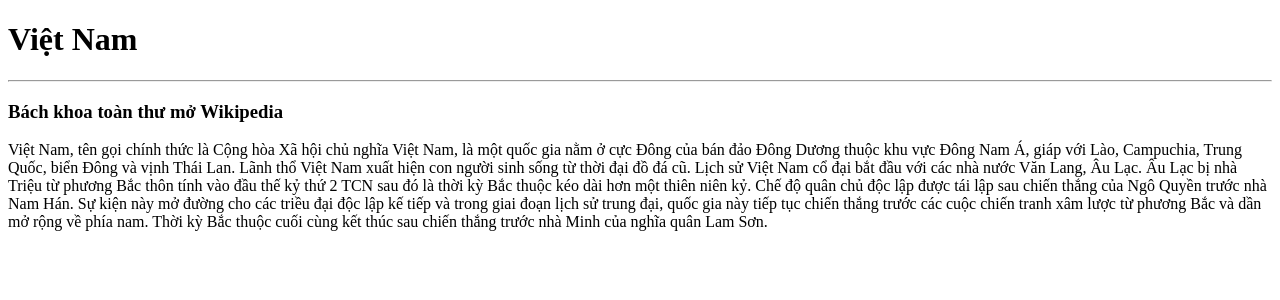
Repository: nguyenhung50497/MD2_cssCanBan
Page: dinhDangVanBanCSS/index.html
The author's editor kept a copy of each file at every save. The page is drawn from the files as they stood at one save, then again after a run of saves.
The browser window is 1280 px wide. The pictures show the whole page.

Above is the page before, as saved 2022-11-28 10:45:14.

### dinhDangVanBanCSS/index.html
<!DOCTYPE html>
<html lang="en">
<head>
    <meta charset="UTF-8">
    <meta http-equiv="X-UA-Compatible" content="IE=edge">
    <meta name="viewport" content="width=device-width, initial-scale=1.0">
    <link rel="stylesheet" href="main.css">
    <title>Document</title>
</head>
<body>
    <div>
        <h1>Việt Nam</h1>
        <hr>
        <h3>Bách khoa toàn thư mở Wikipedia</h3>
        <p>Việt Nam, tên gọi chính thức là Cộng hòa Xã hội chủ nghĩa Việt Nam, là một quốc gia nằm ở cực Đông của bán đảo Đông Dương thuộc khu vực Đông Nam Á, giáp với Lào, Campuchia, Trung Quốc, biển Đông và vịnh Thái Lan.

            Lãnh thổ Việt Nam xuất hiện con người sinh sống từ thời đại đồ đá cũ. Lịch sử Việt Nam cổ đại bắt đầu với các nhà nước Văn Lang, Âu Lạc. Âu Lạc bị nhà Triệu từ phương Bắc thôn tính vào đầu thế kỷ thứ 2 TCN sau đó là thời kỳ Bắc thuộc kéo dài hơn một thiên niên kỷ. Chế độ quân chủ độc lập được tái lập sau chiến thắng của Ngô Quyền trước nhà Nam Hán. Sự kiện này mở đường cho các triều đại độc lập kế tiếp và trong giai đoạn lịch sử trung đại, quốc gia này tiếp tục chiến thắng trước các cuộc chiến tranh xâm lược từ phương Bắc và dần mở rộng về phía nam. Thời kỳ Bắc thuộc cuối cùng kết thúc sau chiến thắng trước nhà Minh của nghĩa quân Lam Sơn.</p>
    </div>
</body>
</html>

Loaded but not shown: dinhDangVanBanCSS/main.css (no stored copy; drawn as an empty file)

After the next 3 saves:
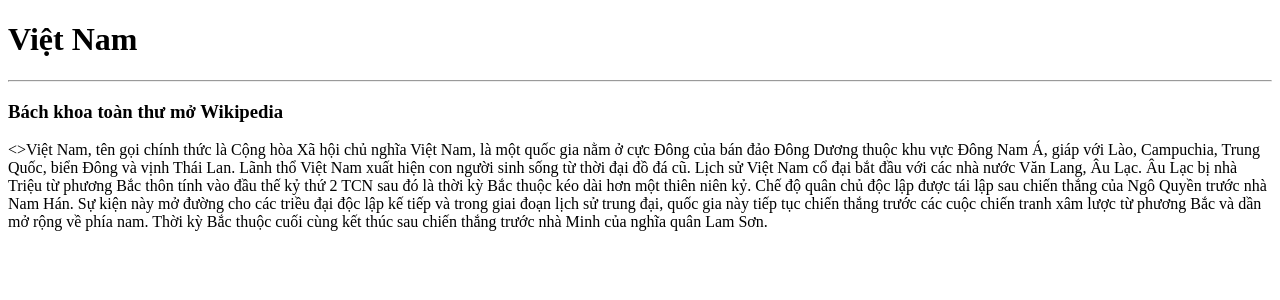
The 3 saves are shown as one change because they came seconds apart.
The last was saved 31 s later.
--- a/dinhDangVanBanCSS/index.html
+++ b/dinhDangVanBanCSS/index.html
@@ -12,7 +12,7 @@
         <h1>Việt Nam</h1>
         <hr>
         <h3>Bách khoa toàn thư mở Wikipedia</h3>
-        <p>Việt Nam, tên gọi chính thức là Cộng hòa Xã hội chủ nghĩa Việt Nam, là một quốc gia nằm ở cực Đông của bán đảo Đông Dương thuộc khu vực Đông Nam Á, giáp với Lào, Campuchia, Trung Quốc, biển Đông và vịnh Thái Lan.
+        <p> <>Việt Nam, tên gọi chính thức là Cộng hòa Xã hội chủ nghĩa Việt Nam, là một quốc gia nằm ở cực Đông của bán đảo Đông Dương thuộc khu vực Đông Nam Á, giáp với Lào, Campuchia, Trung Quốc, biển Đông và vịnh Thái Lan.
 
             Lãnh thổ Việt Nam xuất hiện con người sinh sống từ thời đại đồ đá cũ. Lịch sử Việt Nam cổ đại bắt đầu với các nhà nước Văn Lang, Âu Lạc. Âu Lạc bị nhà Triệu từ phương Bắc thôn tính vào đầu thế kỷ thứ 2 TCN sau đó là thời kỳ Bắc thuộc kéo dài hơn một thiên niên kỷ. Chế độ quân chủ độc lập được tái lập sau chiến thắng của Ngô Quyền trước nhà Nam Hán. Sự kiện này mở đường cho các triều đại độc lập kế tiếp và trong giai đoạn lịch sử trung đại, quốc gia này tiếp tục chiến thắng trước các cuộc chiến tranh xâm lược từ phương Bắc và dần mở rộng về phía nam. Thời kỳ Bắc thuộc cuối cùng kết thúc sau chiến thắng trước nhà Minh của nghĩa quân Lam Sơn.</p>
     </div>

After the 3 saves that followed:
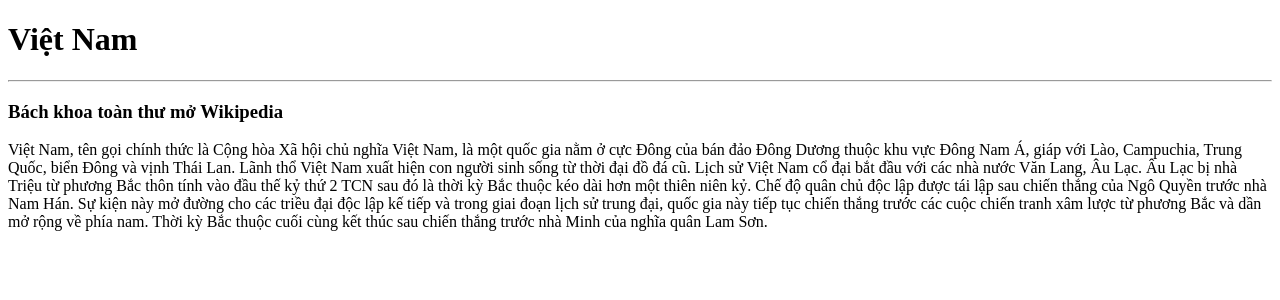
The 3 saves are shown as one change because they came seconds apart.
The last was saved 10 s later.
--- a/dinhDangVanBanCSS/index.html
+++ b/dinhDangVanBanCSS/index.html
@@ -12,7 +12,7 @@
         <h1>Việt Nam</h1>
         <hr>
         <h3>Bách khoa toàn thư mở Wikipedia</h3>
-        <p> <>Việt Nam, tên gọi chính thức là Cộng hòa Xã hội chủ nghĩa Việt Nam, là một quốc gia nằm ở cực Đông của bán đảo Đông Dương thuộc khu vực Đông Nam Á, giáp với Lào, Campuchia, Trung Quốc, biển Đông và vịnh Thái Lan.
+        <p> <span>Việt Nam</span>, tên gọi chính thức là Cộng hòa Xã hội chủ nghĩa Việt Nam, là một quốc gia nằm ở cực Đông của bán đảo Đông Dương thuộc khu vực Đông Nam Á, giáp với Lào, Campuchia, Trung Quốc, biển Đông và vịnh Thái Lan.
 
             Lãnh thổ Việt Nam xuất hiện con người sinh sống từ thời đại đồ đá cũ. Lịch sử Việt Nam cổ đại bắt đầu với các nhà nước Văn Lang, Âu Lạc. Âu Lạc bị nhà Triệu từ phương Bắc thôn tính vào đầu thế kỷ thứ 2 TCN sau đó là thời kỳ Bắc thuộc kéo dài hơn một thiên niên kỷ. Chế độ quân chủ độc lập được tái lập sau chiến thắng của Ngô Quyền trước nhà Nam Hán. Sự kiện này mở đường cho các triều đại độc lập kế tiếp và trong giai đoạn lịch sử trung đại, quốc gia này tiếp tục chiến thắng trước các cuộc chiến tranh xâm lược từ phương Bắc và dần mở rộng về phía nam. Thời kỳ Bắc thuộc cuối cùng kết thúc sau chiến thắng trước nhà Minh của nghĩa quân Lam Sơn.</p>
     </div>
